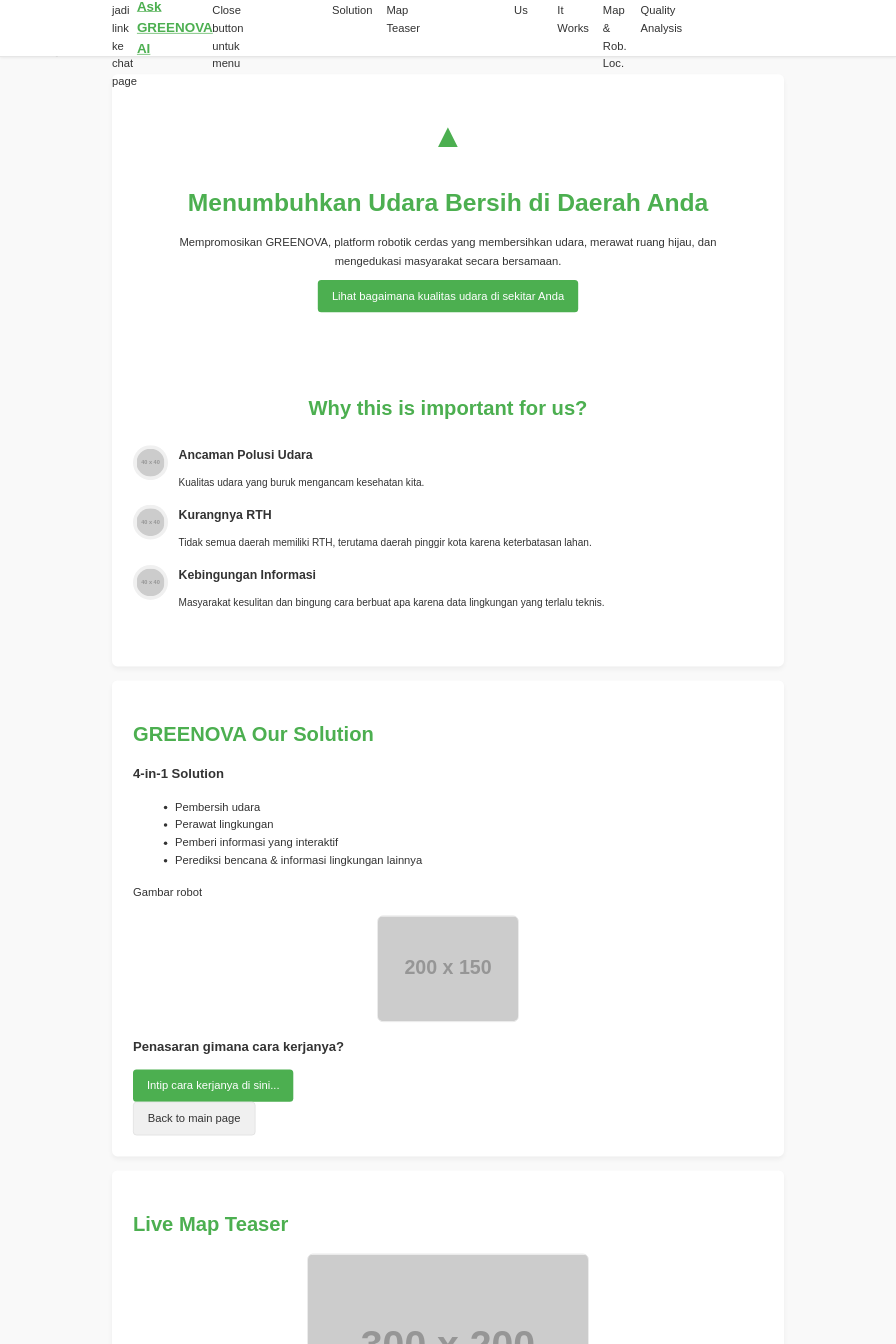
Repository: JojoGid34/Greenova-WEBSITE-SFT25-TETR
Page: index.html
These files come from the project's save history. The page is drawn as it stood at one moment and after the next save; the edit follows.
The browser window is 1280 px wide. The pictures show the part of the page from y = 0 to 1920 px (the page is 4793 px tall), at 70% of full size.

Above is the page before, as saved 2025-07-26 13:12:50.

After the next save:
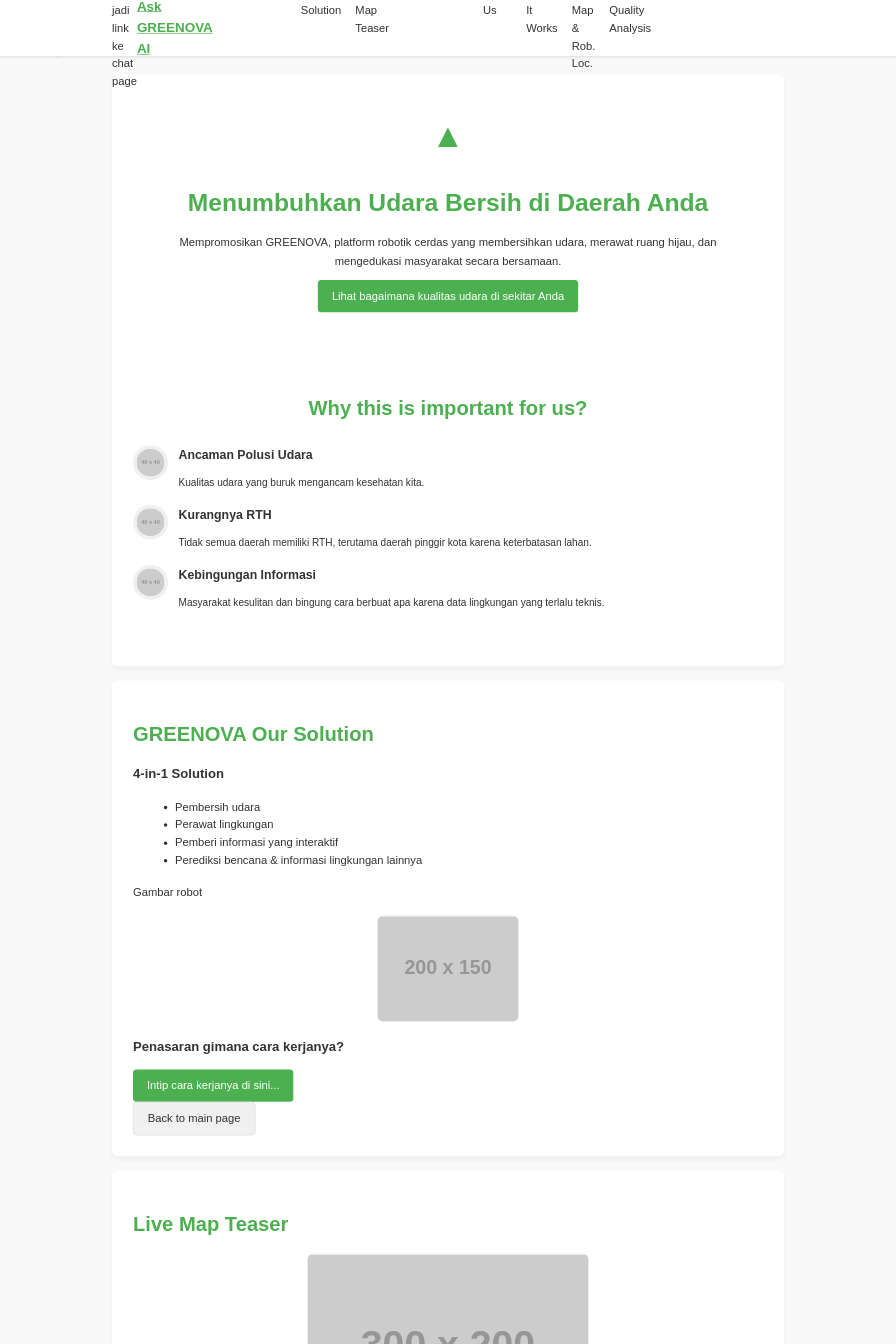
Saved 44 s later.
--- a/index.html
+++ b/index.html
@@ -17,7 +17,6 @@
       <nav class="nav-menu">
         <button class="menu-toggle" aria-label="Toggle navigation">&#9776;</button>
         <ul class="nav-list">
-          // Close button untuk menu
           <li class="close-menu-item"><button class="close-menu" aria-label="Close navigation">&times;</button></li>
           <li><a href="#home">Home</a></li>
           <li><a href="#solution">Our Solution</a></li>
